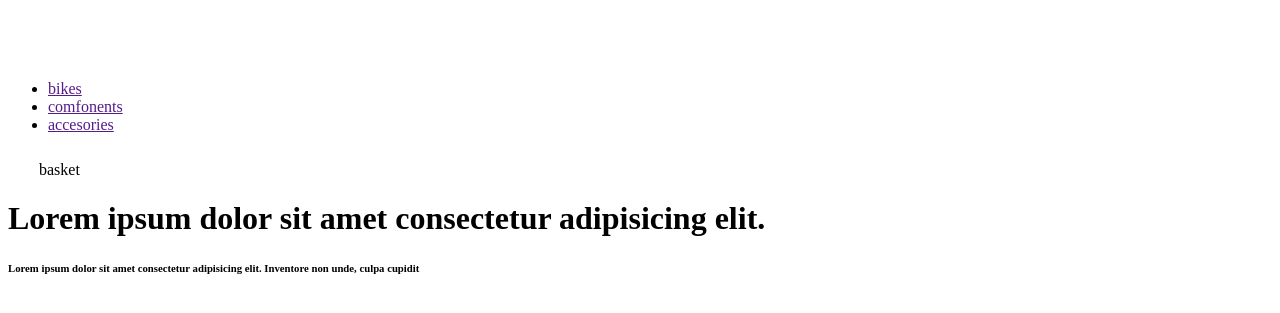
Repository: vanphongnguyen1/webDemo
Page: Bikeshop/index.html
These files come from the project's save history. The page is drawn as it stood at one moment and after the next save; the edit follows.
The browser window is 1280 px wide. The pictures show the whole page.

Above is the page before, as saved 2020-09-04 13:35:43.

After the next save:
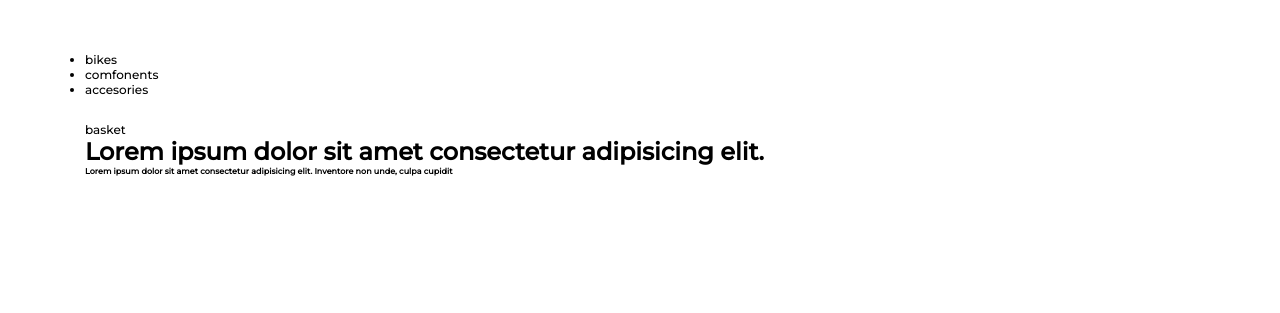
Saved 33 s later.
--- a/Bikeshop/index.html
+++ b/Bikeshop/index.html
@@ -5,6 +5,8 @@
     <meta name="viewport" content="width=device-width, initial-scale=1.0">
     <title>Document</title>
     <link href="https://fonts.googleapis.com/css2?family=Montserrat:wght@300;500&display=swap" rel="stylesheet">
+    <link rel="stylesheet" href="./css/bootstrap-grid.min.css">
+    <link rel="stylesheet" href="./css/style.css">
 </head>
 <body>
     <header>
